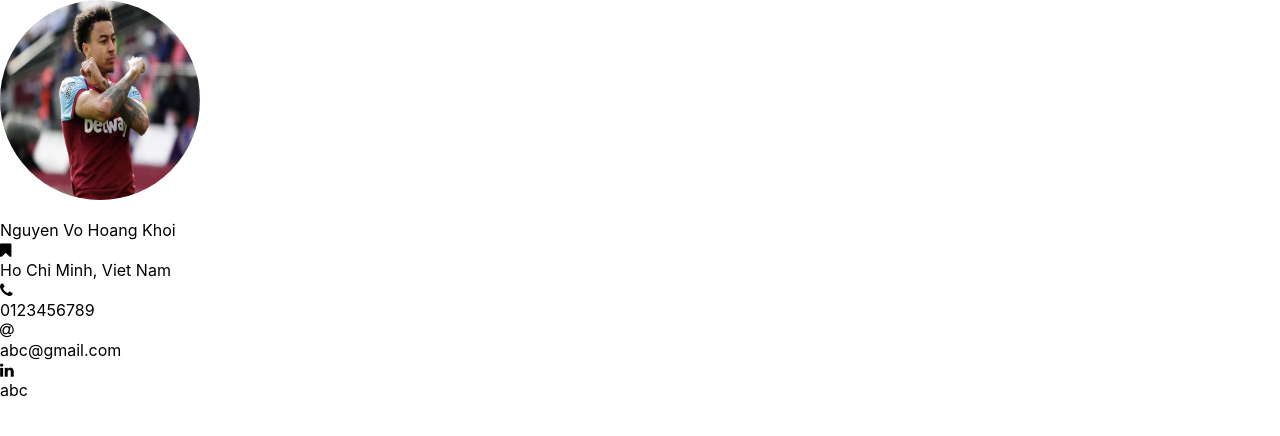
Repository: khoibanh113/mycv
Page: /
An editor plug-in stored every save of this project. The page is shown before and after the next save, followed by the edit.
The browser window is 1280 px wide. The pictures show the whole page.
The project was rebuilt for these pictures with package versions that can differ from the ones it lists, and the page was loaded fresh each time.

Above is the page before, as saved 2021-03-30 10:04:51.

### src/App.js
import React,{Component} from 'react'
import Avatar from './component/avatar'
import AvaImg from './image/avatar.jpg'
import Contact from './component/contact'

class App extends Component {
  render(){
    return (
      <div className="App">
        <Avatar img={AvaImg} />
        <Contact
          name='Nguyen Vo Hoang Khoi'
          location='Ho Chi Minh, Viet Nam'
          phone='0123456789'
          email='abc@gmail.com'
          linkedin='abc'
        />
      </div>
    );
  }
}

export default App;

### src/component/avatar.js
import React from 'react'
import '../css/avatar.css'

class avatar extends React.Component {
    constructor(props){
        super(props);
        this.image = props.img;
    }

  render(){
    return (
        <div className="avaContainer">
          <img src={this.image} alt="this is your avatar" />
        </div>
    );
  }
}

export default avatar;

### src/component/contact.js
import react, {Component} from 'react'
import '../../node_modules/font-awesome/css/font-awesome.min.css';
import '../css/contact.css'

class contact extends Component{
    constructor(props){
        super(props);
        this.name = props.name;
        this.location = props.location;
        this.phone = props.phone;
        this.email = props.email;
        this.linkedin = props.linkedin;
    }



    render(){
        return(
            <div className="container-contact">
                <i class="fa fa-user-alt"></i>
                <span className="name">{this.name}</span>
                <i class='fa fa-bookmark'></i>
                <span className="location">{this.location}</span>
                <i className="fa fa-phone"></i>
                <span className="phone">{this.phone}</span>
                <i class="fa fa-at"></i>
                <span className="email">{this.email}</span>
                <i className="fa fa-linkedin"></i>
                <span className="linkedin">{this.linkedin}</span>
            </div>
        )
    }
}

export default contact;

### src/css/avatar.css

.avaContainer img {
    height: 100%;
    width: 100%;
    border-radius: 100px;
}
.avaContainer{
    height: 200px;
    width: 200px;

}

.nameContainer{
    text-align: center;
}

### src/css/contact.css
div span{
    display: block;
}

Loaded but not shown: public/index.html (common file); src/index.js (common file); src/index.css (common file); src/reportWebVitals.js (common file)

After the next save:
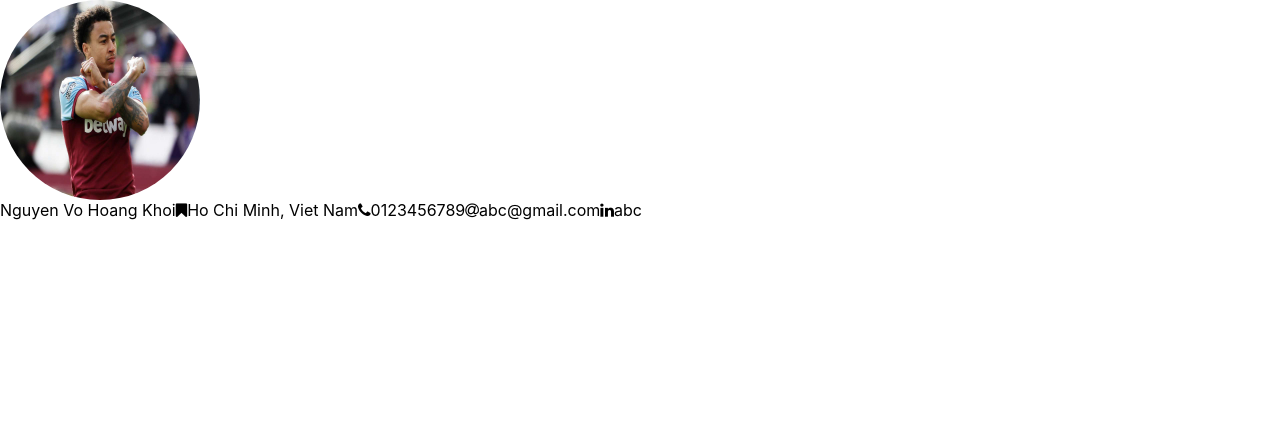
Saved 2 min 14 s later.
--- a/src/css/contact.css
+++ b/src/css/contact.css
@@ -1,3 +1,3 @@
-div span{
+div i{
     display: block;
 }
